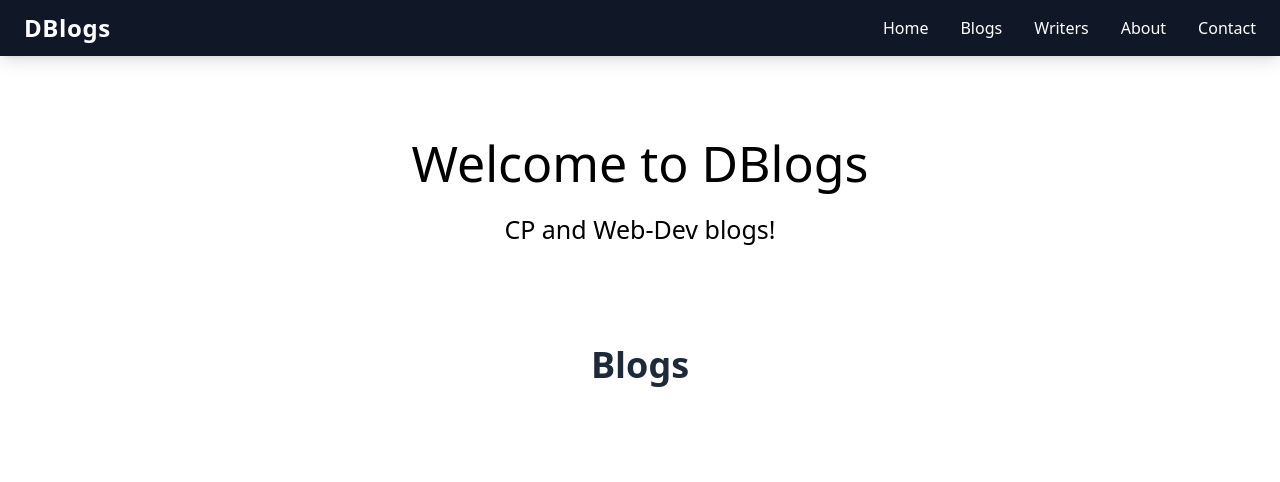
Repository: Devanshk9/DBlogs
Page: / (app in client/)
The author's editor kept a copy of each file at every save. The page is drawn from the files as they stood at one save, then again after the next save.
The browser window is 1280 px wide. The pictures show the whole page.
The page's requests for data from a server got no answer. The project was rebuilt for these pictures with package versions that can differ from the ones it lists, and the page was loaded fresh each time. No one was signed in, and anything a server would have sent is missing. Also part of the build but not shown: client/vite.config.js, client/src/pages/Writers.jsx.

Above is the page before, as saved 2025-08-31 21:55:03.

After the next save:
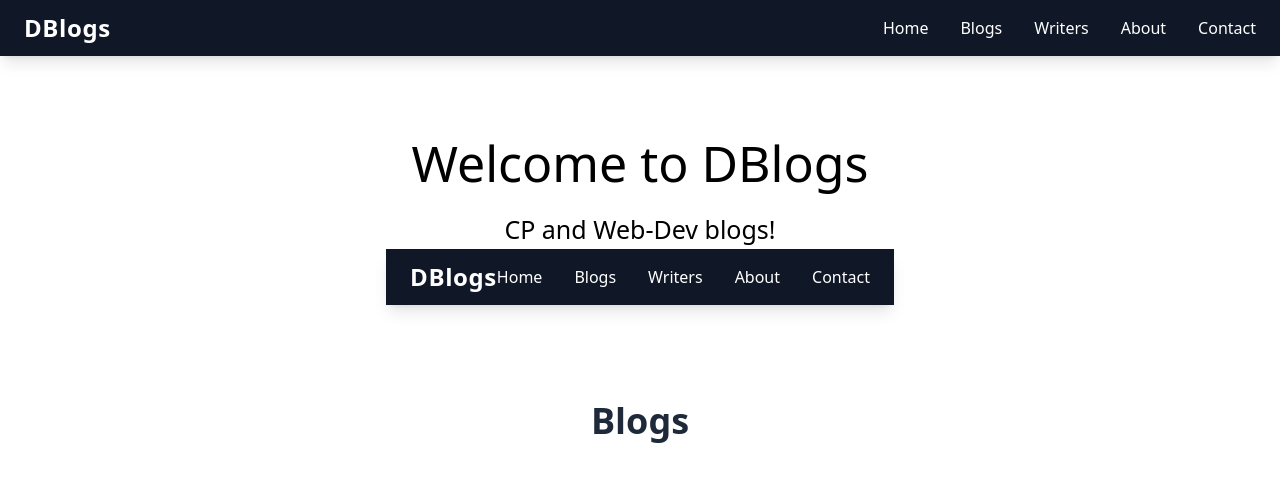
Saved 81 s later.
--- a/client/src/pages/Blogs.jsx
+++ b/client/src/pages/Blogs.jsx
@@ -1,4 +1,5 @@
 import { useEffect, useState } from "react";
+import Navbar from "../components/Navbar";
 
 function Blogs() {
   const [blogs, setBlogs] = useState([]);
@@ -11,6 +12,8 @@
   }, []);
 
   return (
+    <>
+    <Navbar />
     <div className="flex flex-col items-center px-6">
       <h1 className="text-4xl font-bold mt-24 mb-8 text-gray-800">Blogs</h1>
 
@@ -34,6 +37,7 @@
         ))}
       </div>
     </div>
+    </>
   );
 }
 
